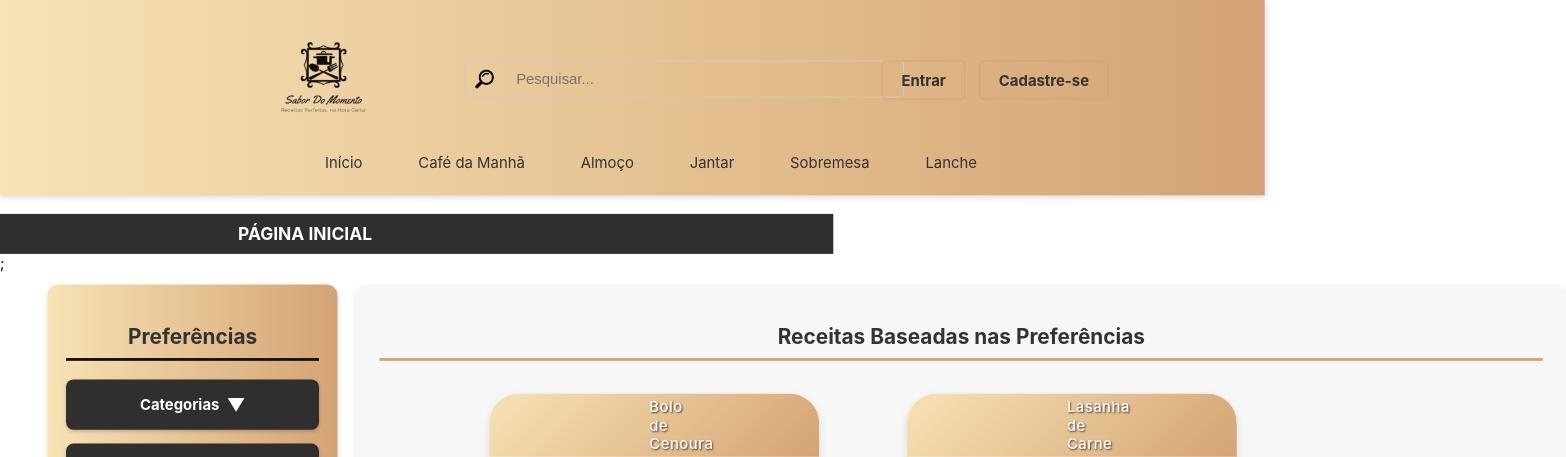
Repository: ICEI-PUC-Minas-PMV-SInt/pmv-sint-2024-2-e2-proj-front-grupo4-receitas1
Page: /
These files come from the project's save history. The page is drawn as it stood at one moment and after a run of saves; the edit follows.
The browser window is 1280 px wide. The page is 1684 px wide, so the pictures cover 1684 px, including what lies to the right of the window. The pictures show the part of the page from y = 0 to 491 px (the page is 48061 px tall), at 93% of full size.
Pictures or frames that could not be fetched are drawn as grey boxes. Some web libraries are served in a nearby version. The project was rebuilt for these pictures with package versions that can differ from the ones it lists, and the page was loaded fresh each time. Also part of the build but not shown: vite.config.js, src/Components/ModalComentarios.module.css, src/Components/Comentarios.module.css, src/Components/Comentario.module.css, src/Components/Avatar.module.css, src/Components/Avatar.js, src/Components/RespostasLista.module.css, src/Components/RespostasLista.js and 34 more.

Above is the page before, as saved 2024-11-17 11:09:12.

After the next 2 saves:
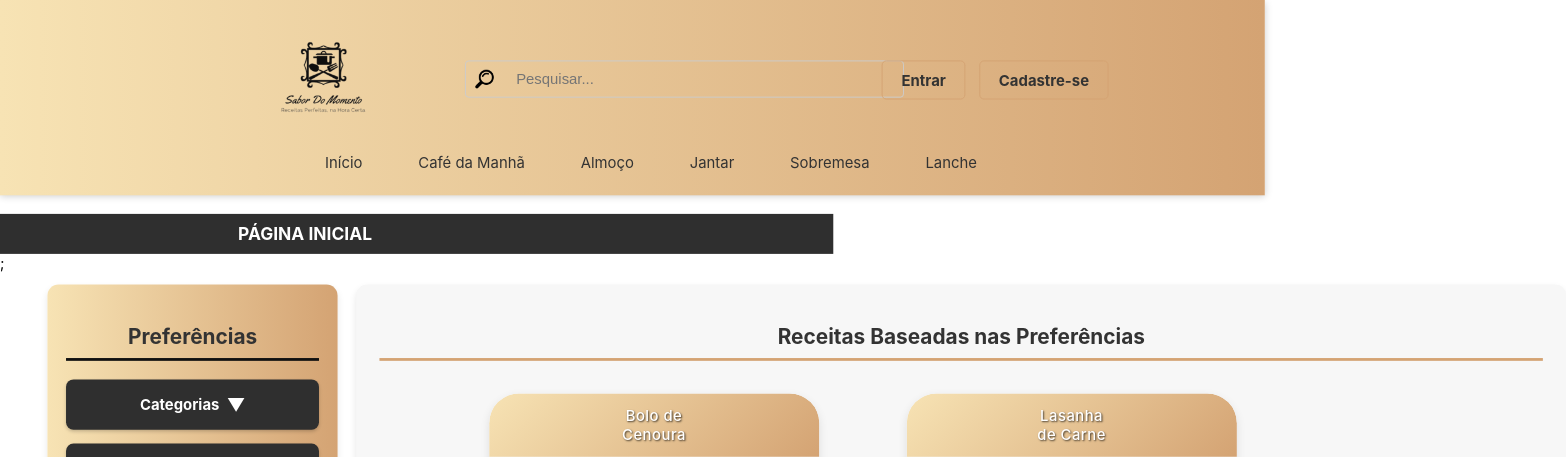
The 2 saves are shown as one change because they came seconds apart.
The last was saved 7 s later.
--- a/src/Components/ReceitaCard.module.css
+++ b/src/Components/ReceitaCard.module.css
@@ -48,5 +48,5 @@
 	letter-spacing: 0.5px;
 	margin: 0;
 	text-shadow: 1px 1px 2px rgba(0, 0, 0, 0.7);
-	max-width: 10px;
+	max-width: 5rem;
 }
